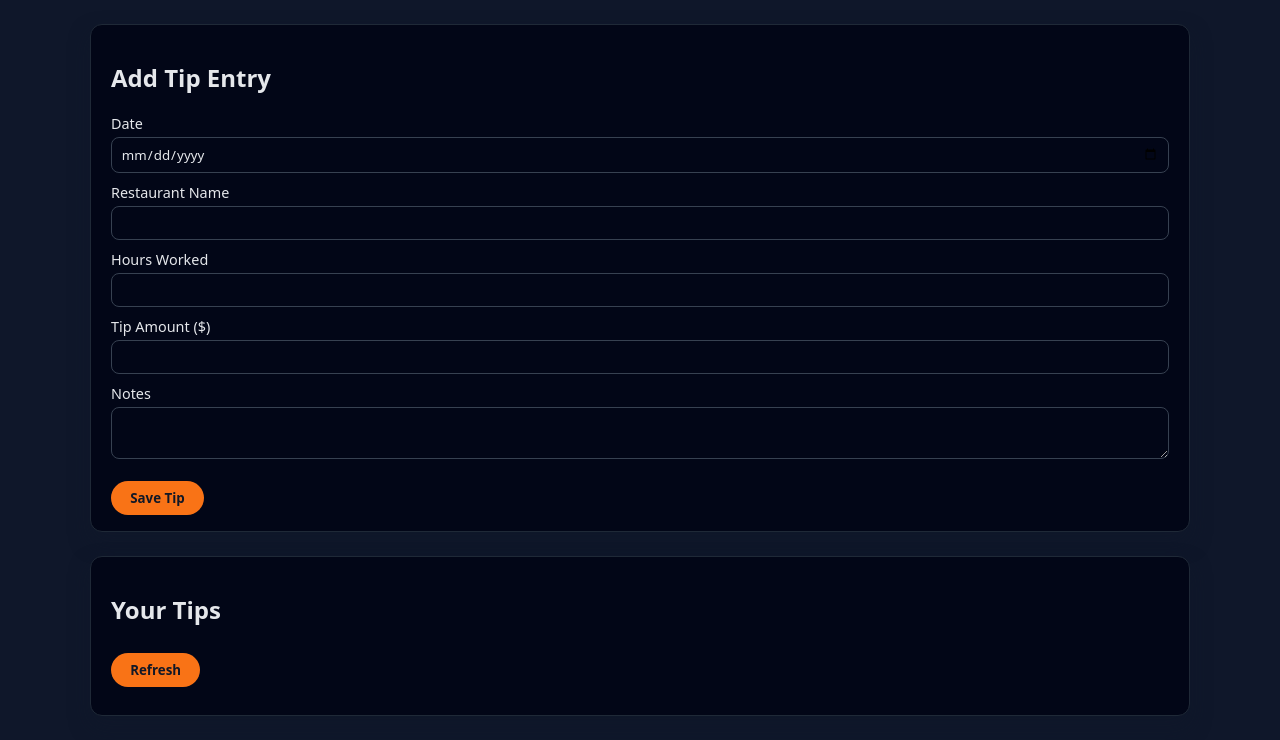
Repository: rozhinasaberi/tip-tracker
Page: frontend/tips.html
An editor plug-in stored every save of this project. The page is shown before and after the next save, followed by the edit.
The browser window is 1280 px wide. The pictures show the whole page.

Above is the page before, as saved 2025-12-01 16:16:14.
Console error: TypeError: Cannot read properties of null (reading 'addEventListener')

### frontend/tips.html
<!DOCTYPE html>
<html lang="en">
<head>
  <meta charset="UTF-8" />
  <title>TipTracker • My Tips</title>
  <link rel="stylesheet" href="styles.css" />
</head>

<body>
  <nav id="navbar"></nav>

  <main>
    <section class="card">
      <h2>Add Tip Entry</h2>

      <form id="create-tip-form">
        <label>Date <input type="date" id="tip-date" required /></label>
        <label>Restaurant Name <input type="text" id="tip-restaurant" required /></label>
        <label>Hours Worked <input type="number" step="0.1" id="tip-hoursWorked" required /></label>
        <label>Tip Amount ($) <input type="number" step="0.01" id="tip-amount" required /></label>
        <label>Notes <textarea id="tip-notes" rows="2"></textarea></label>
        <button type="submit">Save Tip</button>
      </form>
    </section>

    <section class="card">
      <h2>Your Tips</h2>
      <button id="refresh-tips-btn">Refresh</button>
      <div id="tips-list"></div>
    </section>
  </main>

  <script src="app.js"></script>
</body>
</html>

### frontend/styles.css
* {
  box-sizing: border-box;
  font-family: system-ui, -apple-system, BlinkMacSystemFont, 'Segoe UI', sans-serif;
}

body {
  margin: 0;
  background: #0f172a;
  color: #e5e7eb;
  padding: 1.5rem;
}

header {
  text-align: center;
  margin-bottom: 1.5rem;
}

header h1 {
  margin: 0;
  font-size: 2.3rem;
}

.subtitle {
  margin-top: 0.3rem;
  color: #9ca3af;
}

main {
  max-width: 1100px;
  margin: 0 auto;
  display: grid;
  gap: 1.5rem;
}

section {
  width: 100%;
}

#auth-section {
  display: grid;
  grid-template-columns: repeat(auto-fit, minmax(260px, 1fr));
  gap: 1rem;
}

#tips-section.hidden {
  display: none;
}

.card {
  background: #020617;
  border-radius: 0.75rem;
  padding: 1rem 1.25rem;
  border: 1px solid #1f2937;
  box-shadow: 0 10px 20px rgba(15, 23, 42, 0.5);
}

.card h3 {
  margin-top: 0;
}

label {
  display: block;
  margin-bottom: 0.6rem;
  font-size: 0.9rem;
}

input, select, textarea {
  width: 100%;
  padding: 0.45rem 0.55rem;
  border-radius: 0.5rem;
  border: 1px solid #374151;
  background: #020617;
  color: #e5e7eb;
  margin-top: 0.25rem;
}

input:focus, select:focus, textarea:focus {
  outline: none;
  border-color: #f97316;
  box-shadow: 0 0 0 1px rgba(249, 115, 22, 0.35);
}

button {
  background: #f97316;
  border: none;
  border-radius: 999px;
  color: #111827;
  padding: 0.5rem 1.2rem;
  font-weight: 600;
  cursor: pointer;
  margin-top: 0.5rem;
}

button:hover {
  background: #fb923c;
}

button:disabled {
  opacity: 0.5;
  cursor: default;
}

#token-display {
  width: 100%;
  background: #020617;
  border-radius: 0.5rem;
  border: 1px dashed #4b5563;
  color: #fbbf24;
  padding: 0.5rem;
  margin: 0.5rem 0;
  font-size: 0.75rem;
}

#tips-list {
  margin-top: 0.75rem;
  display: flex;
  flex-direction: column;
  gap: 0.5rem;
}

.tip-item {
  border-radius: 0.6rem;
  border: 1px solid #374151;
  padding: 0.6rem 0.75rem;
  display: flex;
  justify-content: space-between;
  align-items: flex-start;
  gap: 0.75rem;
}

.tip-main {
  font-size: 0.88rem;
}

.tip-meta {
  color: #9ca3af;
  font-size: 0.8rem;
}

.tip-actions {
  display: flex;
  flex-direction: column;
  gap: 0.25rem;
}

.tip-actions button {
  padding: 0.25rem 0.7rem;
  font-size: 0.75rem;
}

.tip-actions .delete {
  background: #dc2626;
  color: #f9fafb;
}

.tip-actions .delete:hover {
  background: #ef4444;
}

#debug-log {
  max-height: 200px;
  overflow-y: auto;
  background: #020617;
  border-radius: 0.5rem;
  border: 1px solid #374151;
  padding: 0.75rem;
  font-size: 0.8rem;
}

### frontend/app.js
const API_BASE = "http://localhost:4000/api";


let jwtToken = null;

function setToken(token) {
  jwtToken = token;
}

// Register
document.getElementById("register-form").addEventListener("submit", async (e) => {
  e.preventDefault();

  const name = document.getElementById("register-name").value;
  const email = document.getElementById("register-email").value;
  const password = document.getElementById("register-password").value;
  const hourlyWage = document.getElementById("register-hourlyWage").value;

  const res = await fetch(`${API_BASE}/auth/register`, {
    method: "POST",
    headers: { "Content-Type": "application/json" },
    body: JSON.stringify({ name, email, password, hourlyWage })
  });

  const data = await res.json();
  alert(res.ok ? "Registered!" : data.message || "Error");
});

// Login
document.getElementById("login-form").addEventListener("submit", async (e) => {
  e.preventDefault();

  const email = document.getElementById("login-email").value;
  const password = document.getElementById("login-password").value;

  const res = await fetch(`${API_BASE}/auth/login`, {
    method: "POST",
    headers: { "Content-Type": "application/json" },
    body: JSON.stringify({ email, password })
  });

  const data = await res.json();

  if (res.ok) {
    setToken(data.token);
    alert("Logged in!");
    document.getElementById("tips-section").style.display = "block";
  } else {
    alert(data.message || "Invalid credentials");
  }
});

// Logout
document.getElementById("logout-btn").addEventListener("click", () => {
  setToken(null);
  alert("Logged out!");
});

// Create Tip
document.getElementById("create-tip-form").addEventListener("submit", async (e) => {
  e.preventDefault();

  if (!jwtToken) return alert("Log in first!");

  const tip = {
    date: document.getElementById("tip-date").value,
    restaurantName: document.getElementById("tip-restaurant").value,
    hoursWorked: Number(document.getElementById("tip-hoursWorked").value),
    tipsAmount: Number(document.getElementById("tip-amount").value),
    notes: document.getElementById("tip-notes").value
  };

  const res = await fetch(`${API_BASE}/tips`, {
    method: "POST",
    headers: {
      "Content-Type": "application/json",
      Authorization: `Bearer ${jwtToken}`
    },
    body: JSON.stringify(tip)
  });

  const data = await res.json();
  alert(res.ok ? "Tip added!" : data.message);
});

// Refresh Tips
document.getElementById("refresh-tips-btn").addEventListener("click", async () => {
  if (!jwtToken) return alert("Log in first!");

  const res = await fetch(`${API_BASE}/tips`, {
    headers: { Authorization: `Bearer ${jwtToken}` }
  });

  const data = await res.json();

  const container = document.getElementById("tips-list");
  container.innerHTML = "";

  data.forEach((tip) => {
    const div = document.createElement("div");
    div.className = "tip-card";
    div.innerHTML = `
      <strong>${tip.date}</strong> – $${tip.tipsAmount}<br>
      Shift: ${tip.shiftType} — Hours: ${tip.hoursWorked}<br>
      Notes: ${tip.notes || "None"}<br>
      <button onclick="deleteTip('${tip._id}')">Delete</button>
    `;
    container.appendChild(div);
  });
});

//Delete Tip
async function deleteTip(id) {
  if (!jwtToken) return alert("Login first!");

  const res = await fetch(`${API_BASE}/tips/${id}`, {
    method: "DELETE",
    headers: { Authorization: `Bearer ${jwtToken}` }
  });

  if (res.ok) {
    alert("Deleted!");
    document.getElementById("refresh-tips-btn").click();
  } else {
    alert("Delete failed");
  }
}

After the next save:
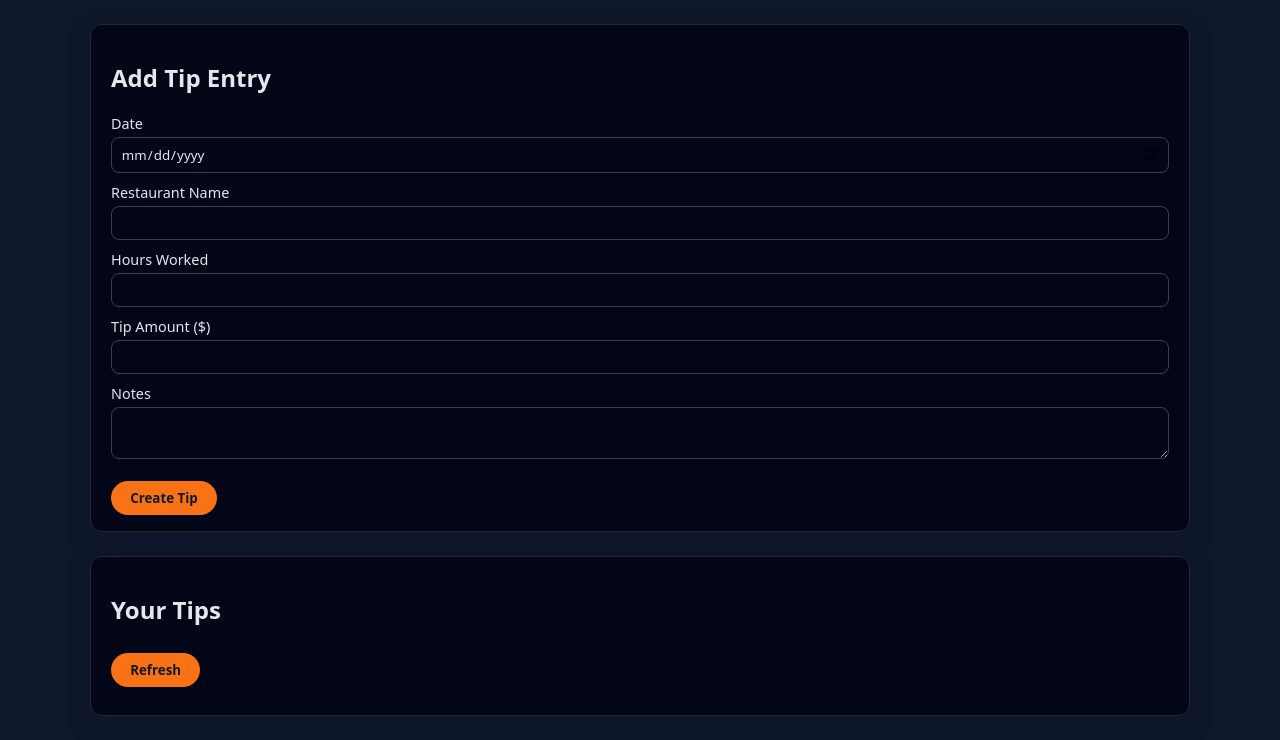
Saved 15 s later.
--- a/frontend/tips.html
+++ b/frontend/tips.html
@@ -15,11 +15,24 @@
 
       <form id="create-tip-form">
         <label>Date <input type="date" id="tip-date" required /></label>
-        <label>Restaurant Name <input type="text" id="tip-restaurant" required /></label>
-        <label>Hours Worked <input type="number" step="0.1" id="tip-hoursWorked" required /></label>
-        <label>Tip Amount ($) <input type="number" step="0.01" id="tip-amount" required /></label>
-        <label>Notes <textarea id="tip-notes" rows="2"></textarea></label>
-        <button type="submit">Save Tip</button>
+
+        <label>Restaurant Name
+          <input type="text" id="tip-restaurant" required />
+        </label>
+
+        <label>Hours Worked
+          <input type="number" id="tip-hoursWorked" step="0.1" required />
+        </label>
+
+        <label>Tip Amount ($)
+          <input type="number" id="tip-amount" step="0.01" required />
+        </label>
+
+        <label>Notes
+          <textarea id="tip-notes" rows="2"></textarea>
+        </label>
+
+        <button type="submit">Create Tip</button>
       </form>
     </section>
 
